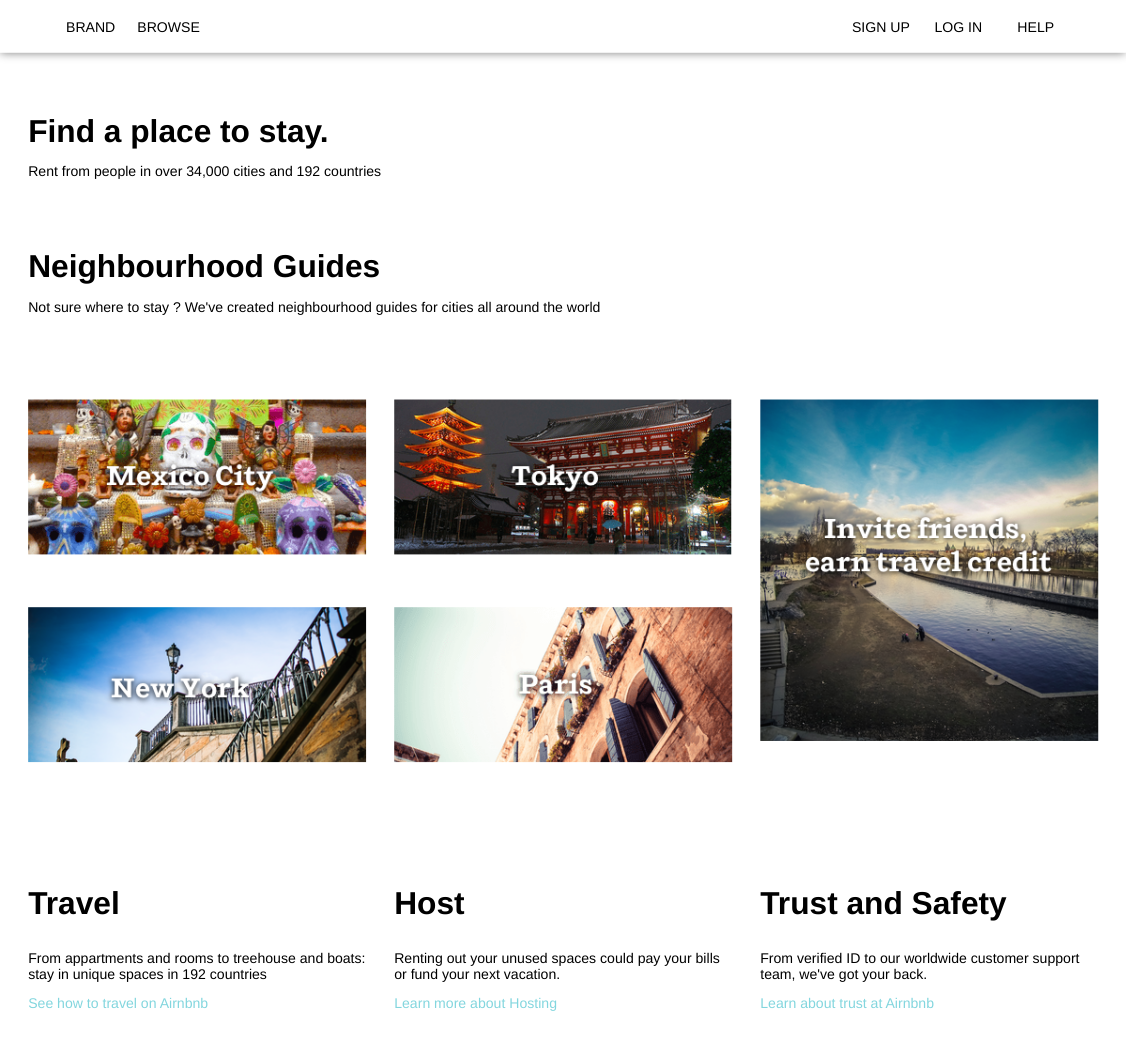
Repository: Naohonproject/web101x02-asm3
Page: Project3.html
The author's editor kept a copy of each file at every save. The page is drawn from the files as they stood at one save, then again after the next save.
The browser window is 1280 px wide. The pictures show the whole page, at 88% of full size.

Above is the page before, as saved 2022-01-22 15:17:15.

After the next save:
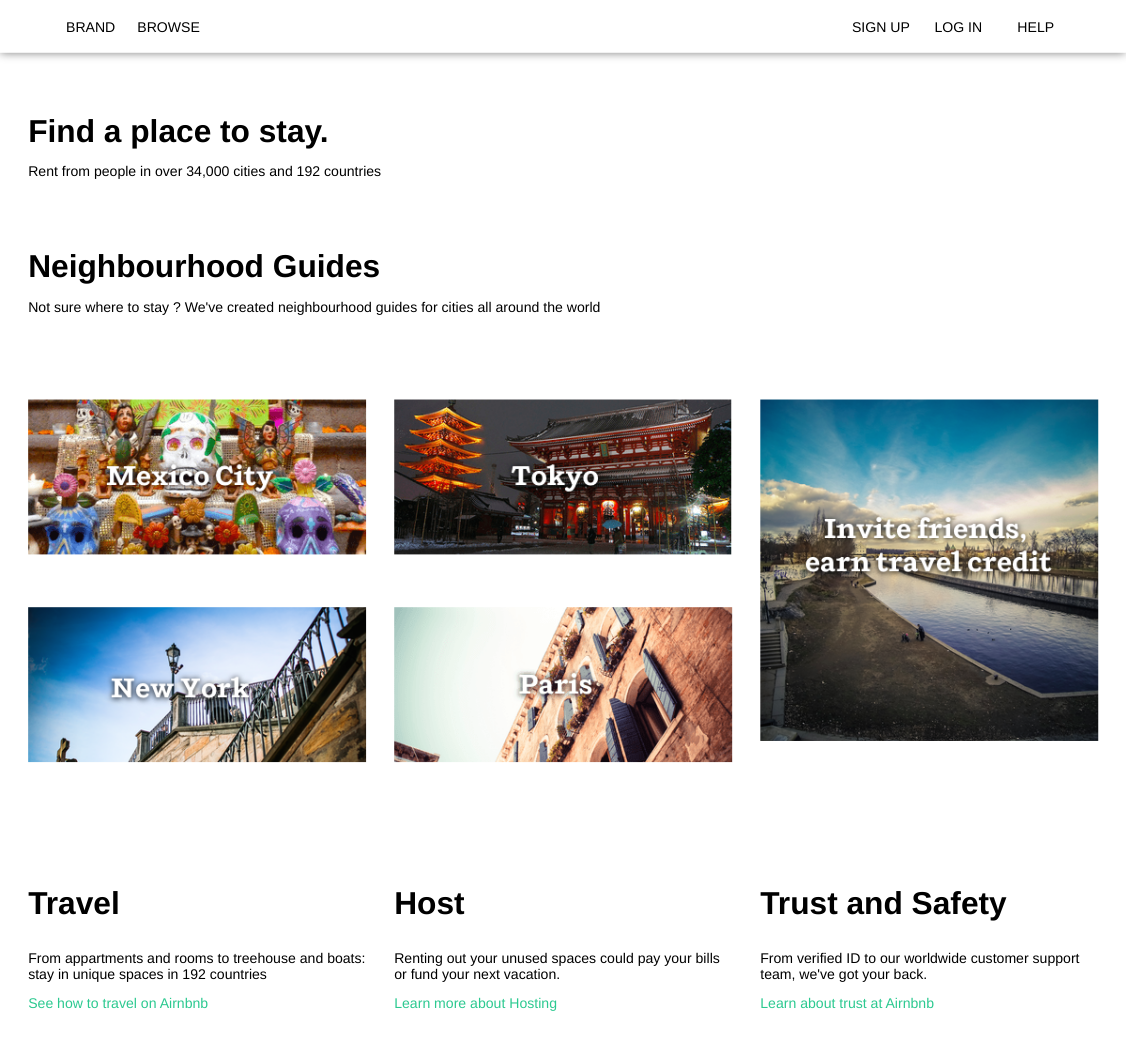
Saved 20 s later.
--- a/assets/css/layout.css
+++ b/assets/css/layout.css
@@ -157,7 +157,7 @@ div[class*="-desc"] {
 }
 
 #footer a {
-    color: #83D6DE;
+    color: #2CC990;
     text-decoration: initial;
 }
 }
